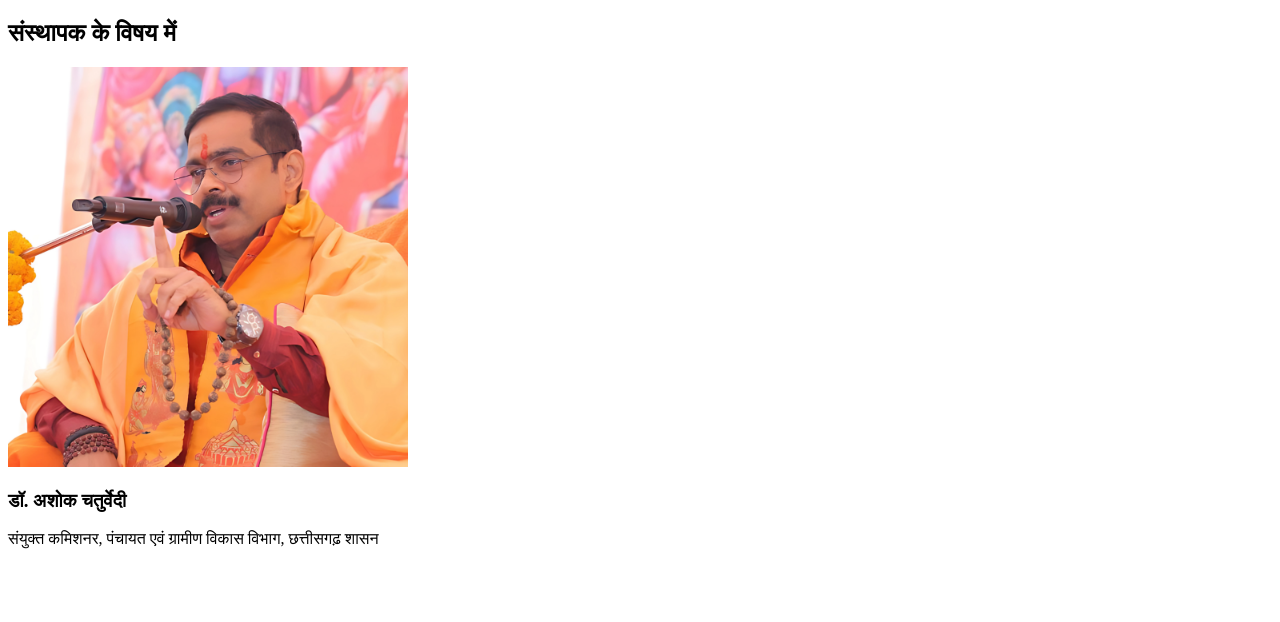
Repository: as-avni/lokmeeram
Page: /founder
These files come from the project's save history. The page is drawn as it stood at one moment and after the next save; the edit follows.
The browser window is 1280 px wide. The pictures show the whole page.
The project was rebuilt for these pictures with package versions that can differ from the ones it lists, and the page was loaded fresh each time. The framework's server and built-in components were replaced by stand-ins that run in the browser. Also part of the build but not shown: next.config.ts.

Above is the page before, as saved 2025-06-27 05:54:19.

### src/app/founder/page.tsx
// import Image from "next/image"
// import { Card, CardContent } from "@/components/ui/card"

// export default function Founders() {
//     return (
//         <section id="team" className="px-4 py-12 md:py-16 bg-[url('/images/background/team-bg.png')] bg-blend-color-burn bg-cover bg-center bg-no-repeat">
//         <div className="max-w-6xl mx-auto">
//             <h1 className="text-3xl text-black text-center md:text-5xl px-20 font-bold mb-2 md:mb-4 mt-20">
//                 <span className="text-orange-600">
//                 संस्थापक </span> के
//                 विषय में
//             </h1>

//         <div className="max-w-lg mx-auto mt-5 md:mt-10">
//         <Card className="bg-transparent">
//             <CardContent className="p-6">
//             <div className="aspect-square relative mb-4 rounded-lg overflow-hidden">
//                 <Image
//                 src="/images/about-team/2.png"
//                 alt="Team member"
//                 width={400}
//                 height={400}
//                 className="object-cover rounded-full"
//                 />
//             </div>
//             <h3 className="text-2xl font-bold mb-1 text-center font-[Poppins]">डॉ. अशोक चतुर्वेदी</h3>
//             <p className="text-lg font-semibold text-gray-800 mb-2">संयुक्त
//             कमिशनर, पंचायत एवं ग्रामीण विकास विभाग, छत्तीसगढ़ शासन</p>
//             <p className="text-xl w-full text-gray-500">दण्डकारण्य क्षेत्र के बस्तर स्थित दुर्गकोबडल में जन्में श्री डॉ. अशोक हरिवंश <strong> ‘भैया जी’</strong> राजनीति शास्त्र, मानव संसाधन प्रबंधन एवं मानवाधिकार विषयों में उच्च शिक्षा प्राप्त भैया जी प्रशासन में एक उत्कृष्ट अधिकारी के रूप में विद्यमान हैं।

// जगद्गुरु श्रीरामानुजाचार्य की कृपा एवं माता-पिता के निर्देश में बचपन से ही धर्म के क्षेत्र में “राम और राष्ट्र एक” मंत्र को जीवन का ध्येय मानुषि, धर्म एवं राष्ट्र की सेवा में समर्पित होकर श्री रामकथा वाचक के रूप में प्रचार-प्रसार कर रहे हैं।

// भारतीय संस्कृति एवं विरासत की पुनर्स्थापना हेतु प्रयास करना, धर्मांतरण के विकराल तथा नशामुक्ति हेतु अभियान का संचालन, देश के हर घर में श्रीरामचरितमानस एवं श्रीमद्भागवद्गीता का होना सुनिश्चित करने हेतु, हिंदू धार्मिक बंधनों के यह शांत वातावरण में भारतीय आश्रम के अनुभव भी प्रदान करता है।</p>
//             </CardContent>
//         </Card>
// {/*
//         <Card className="bg-orange-200 shadow-lg shadow-black">
//             <CardContent className="p-6">
//             <div className="aspect-square relative mb-4 rounded-lg overflow-hidden">
//                 <Image
//                 src="/images/about-team/3.png"
//                 alt="Team member"
//                 width={400}
//                 height={400}
//                 className="object-cover rounded-full"
//                 />
//             </div>
//             <h3 className="text-2xl font-bold mb-1 text-center font-[Poppins]">नागेन्द्र दुबे </h3>
//             <p className="text-lg font-semibold text-gray-800 mb-2 prose text-center">संस्थापक, लोक में राम शोध संस्थान</p>
//             <p className="text-lg text-gray-500 prose text-justify">एक प्रतिष्ठित <strong>शिक्षाविद्, मोटिवेशनल स्पीकर और काउंसलर</strong>, जिन्हें शिक्षा, पारिवारिक और व्यक्तिगत मार्गदर्शन में व्यापक अनुभव है। उन्होंने <strong>300 से अधिक स्कूलों का दौरा</strong> किया और <strong>4,000+ छात्रों</strong> को प्रेरित किया है। वे <strong>टॉपर्स एजुकेशनल सोसायटी</strong> के सचिव, <strong>विजडम वे हायर सेकेंडरी स्कूल</strong> के निदेशक और <strong>&quot;सतत् छत्तीसगढ़&quot;</strong> पत्रिका के संपादक हैं। <strong>राष्ट्रीय पुस्तक मेला, साहित्य महोत्सव और शिक्षा मेले</strong> के आयोजक होने के नाते, वे शिक्षा और युवा सशक्तिकरण के लिए प्रतिबद्ध हैं। उनके प्रेरणादायक संवाद कौशल, व्यवहारगत समझ और आध्यात्मिक दृष्टिकोण ने उन्हें एक प्रभावशाली व्यक्तित्व बनाया है।
//             </p>
//             </CardContent>
//         </Card> */}
//         </div>
//     </div>
//     </section>
//     )
// }






import Image from "next/image"

export default function Founders() {
    return (
        <section
            id="team"
            className="px-4 py-12 md:py-16 bg-[url('/images/background/team-bg.png')] bg-blend-color-burn bg-cover bg-center bg-no-repeat"
        >
            <div className="max-w-6xl mx-auto">
                <h1 className="text-3xl text-black text-center md:text-5xl px-20 font-bold mb-2 md:mb-4 mt-20">
                    <span className="text-orange-600">संस्थापक </span> के विषय में
                </h1>

                <div className="max-w-5xl mx-auto items-center">
                    {/* Dr. Ashok Chaturvedi */}

                        <div className="relative rounded-lg overflow-hidden items-center">
                            <Image
                                src="/images/about-team/2.png"
                                alt="Team member"
                                width={400}
                                height={400}
                                className="object-cover rounded-full"
                            />
                        </div>
                        <h3 className="text-2xl font-bold mb-1 text-center font-[Poppins] text-orange-500">डॉ. अशोक चतुर्वेदी</h3>
                        <p className="text-lg font-semibold text-gray-800 mb-2 text-center">
                            संयुक्त कमिशनर, पंचायत एवं ग्रामीण विकास विभाग, छत्तीसगढ़ शासन
                        </p>


                    {/* Nagendra Dubey
                    <div className="p-6 bg-orange-200 shadow-lg shadow-black">
                        <div className="aspect-square relative mb-4 rounded-lg overflow-hidden">
                            <Image
                                src="/images/about-team/3.png"
                                alt="Team member"
                                width={400}
                                height={400}
                                className="object-cover rounded-full"
                            />
                        </div>
                        <h3 className="text-2xl font-bold mb-1 text-center font-[Poppins]">नागेन्द्र दुबे</h3>
                        <p className="text-lg font-semibold text-gray-800 mb-2 text-center">
                            संस्थापक, लोक में राम शोध संस्थान
                        </p>
                        <p className="text-lg text-gray-500 text-justify">
                            एक प्रतिष्ठित <strong>शिक्षाविद्, मोटिवेशनल स्पीकर और काउंसलर</strong>, जिन्हें शिक्षा, पारिवारिक और व्यक्तिगत मार्गदर्शन में व्यापक अनुभव है। उन्होंने <strong>300 से अधिक स्कूलों का दौरा</strong> किया और <strong>4,000+ छात्रों</strong> को प्रेरित किया है। वे <strong>टॉपर्स एजुकेशनल सोसायटी</strong> के सचिव, <strong>विजडम वे हायर सेकेंडरी स्कूल</strong> के निदेशक और <strong>"सतत् छत्तीसगढ़"</strong> पत्रिका के संपादक हैं। <strong>राष्ट्रीय पुस्तक मेला, साहित्य महोत्सव और शिक्षा मेले</strong> के आयोजक होने के नाते, वे शिक्षा और युवा सशक्तिकरण के लिए प्रतिबद्ध हैं। उनके प्रेरणादायक संवाद कौशल, व्यवहारगत समझ और आध्यात्मिक दृष्टिकोण ने उन्हें एक प्रभावशाली व्यक्तित्व बनाया है।
                        </p>
                    </div> */}
                </div>
            </div>
        </section>
    )
}

After the next save:
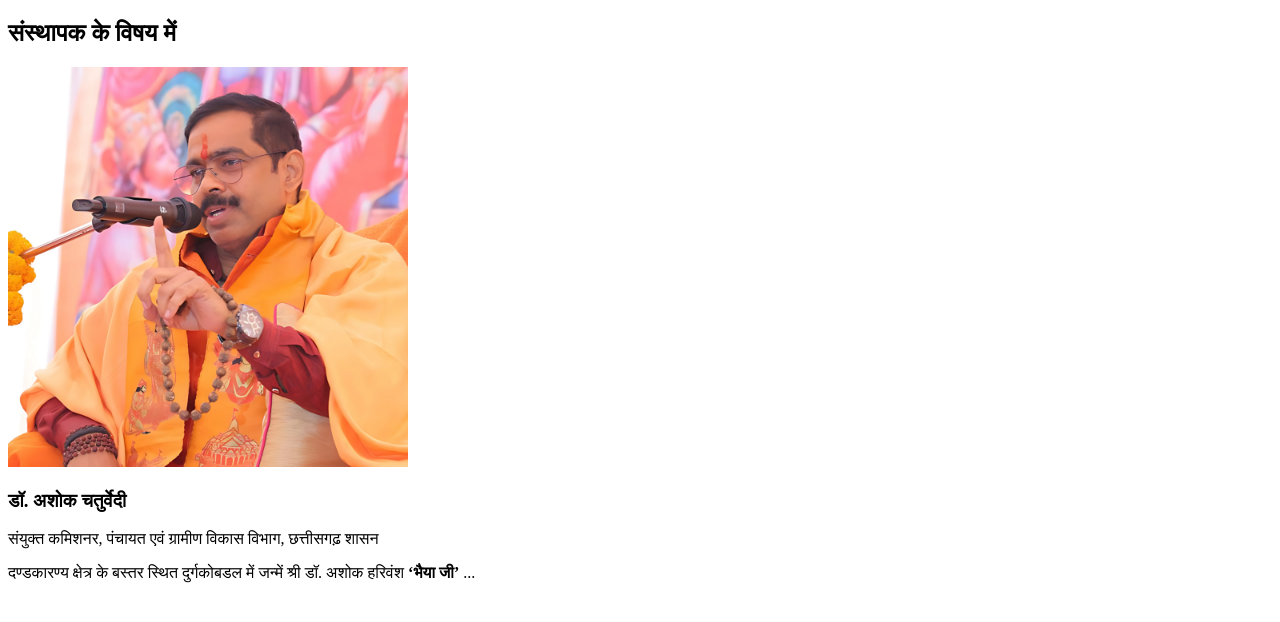
Saved 15 s later.
--- a/src/app/founder/page.tsx
+++ b/src/app/founder/page.tsx
@@ -74,45 +74,28 @@ export default function Founders() {
                 <h1 className="text-3xl text-black text-center md:text-5xl px-20 font-bold mb-2 md:mb-4 mt-20">
                     <span className="text-orange-600">संस्थापक </span> के विषय में
                 </h1>
-
-                <div className="max-w-5xl mx-auto items-center">
-                    {/* Dr. Ashok Chaturvedi */}
-
-                        <div className="relative rounded-lg overflow-hidden items-center">
-                            <Image
-                                src="/images/about-team/2.png"
-                                alt="Team member"
-                                width={400}
-                                height={400}
-                                className="object-cover rounded-full"
-                            />
-                        </div>
-                        <h3 className="text-2xl font-bold mb-1 text-center font-[Poppins] text-orange-500">डॉ. अशोक चतुर्वेदी</h3>
-                        <p className="text-lg font-semibold text-gray-800 mb-2 text-center">
-                            संयुक्त कमिशनर, पंचायत एवं ग्रामीण विकास विभाग, छत्तीसगढ़ शासन
-                        </p>
-
-
-                    {/* Nagendra Dubey
-                    <div className="p-6 bg-orange-200 shadow-lg shadow-black">
-                        <div className="aspect-square relative mb-4 rounded-lg overflow-hidden">
-                            <Image
-                                src="/images/about-team/3.png"
-                                alt="Team member"
-                                width={400}
-                                height={400}
-                                className="object-cover rounded-full"
-                            />
-                        </div>
-                        <h3 className="text-2xl font-bold mb-1 text-center font-[Poppins]">नागेन्द्र दुबे</h3>
-                        <p className="text-lg font-semibold text-gray-800 mb-2 text-center">
-                            संस्थापक, लोक में राम शोध संस्थान
-                        </p>
-                        <p className="text-lg text-gray-500 text-justify">
-                            एक प्रतिष्ठित <strong>शिक्षाविद्, मोटिवेशनल स्पीकर और काउंसलर</strong>, जिन्हें शिक्षा, पारिवारिक और व्यक्तिगत मार्गदर्शन में व्यापक अनुभव है। उन्होंने <strong>300 से अधिक स्कूलों का दौरा</strong> किया और <strong>4,000+ छात्रों</strong> को प्रेरित किया है। वे <strong>टॉपर्स एजुकेशनल सोसायटी</strong> के सचिव, <strong>विजडम वे हायर सेकेंडरी स्कूल</strong> के निदेशक और <strong>"सतत् छत्तीसगढ़"</strong> पत्रिका के संपादक हैं। <strong>राष्ट्रीय पुस्तक मेला, साहित्य महोत्सव और शिक्षा मेले</strong> के आयोजक होने के नाते, वे शिक्षा और युवा सशक्तिकरण के लिए प्रतिबद्ध हैं। उनके प्रेरणादायक संवाद कौशल, व्यवहारगत समझ और आध्यात्मिक दृष्टिकोण ने उन्हें एक प्रभावशाली व्यक्तित्व बनाया है।
-                        </p>
-                    </div> */}
-                </div>
+{/* Dr. Ashok Chaturvedi */}
+<div className="max-w-5xl mx-auto items-center">
+    <div className="relative rounded-lg overflow-hidden flex justify-center mb-4">
+        <Image
+            src="/images/about-team/2.png"
+            alt="Team member"
+            width={400}
+            height={400}
+            className="object-cover rounded-full"
+        />
+    </div>
+    <h3 className="text-2xl font-bold mb-1 text-center font-[Poppins] text-orange-500">
+        डॉ. अशोक चतुर्वेदी
+    </h3>
+    <p className="text-lg font-semibold text-gray-800 mb-2 text-center">
+        संयुक्त कमिशनर, पंचायत एवं ग्रामीण विकास विभाग, छत्तीसगढ़ शासन
+    </p>
+    <p className="text-xl text-black w-full">
+        दण्डकारण्य क्षेत्र के बस्तर स्थित दुर्गकोबडल में जन्में श्री डॉ. अशोक हरिवंश <strong>‘भैया जी’</strong> ...
+        {/* remaining paragraph unchanged */}
+    </p>
+</div>
             </div>
         </section>
     )
